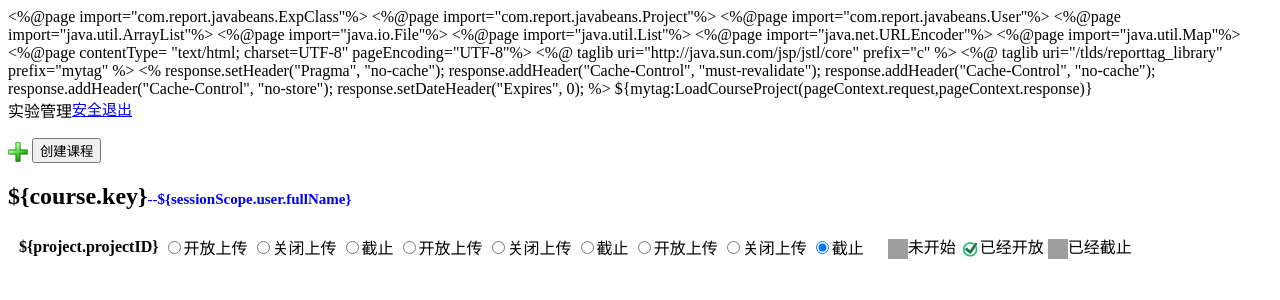
Repository: IAmJiangWenHao/ReportServer
Page: web/demo.html
An editor plug-in stored every save of this project. The page is shown before and after the next save, followed by the edit.
The browser window is 1280 px wide. The pictures show the whole page.
Pictures or frames that could not be fetched are drawn as grey boxes.

Above is the page before, as saved 2023-05-18 16:14:38.

### web/demo.html
<%@page import="com.report.javabeans.ExpClass"%>
<%@page import="com.report.javabeans.Project"%>
<%@page import="com.report.javabeans.User"%>
<%@page import="java.util.ArrayList"%>
<%@page import="java.io.File"%>
<%@page import="java.util.List"%>
<%@page import="java.net.URLEncoder"%>
<%@page import="java.util.Map"%>
<%@page contentType= "text/html; charset=UTF-8" pageEncoding="UTF-8"%>

<%@ taglib uri="http://java.sun.com/jsp/jstl/core" prefix="c" %>
<%@ taglib uri="/tlds/reporttag_library" prefix="mytag" %>
<!--script type="text/javascript" src="${pageContext.request.contextPath}/script/scriptV1.js?v=1.0"></script-->
<!DOCTYPE html>
<html>
  <%
    response.setHeader("Pragma", "no-cache");
    response.addHeader("Cache-Control", "must-revalidate");
    response.addHeader("Cache-Control", "no-cache");
    response.addHeader("Cache-Control", "no-store");
    response.setDateHeader("Expires", 0);
  %>
  <head>
    <meta http-equiv="Content-Type" content="text/html; charset=UTF-8">
    <title>实验上传系统 </title>
  </head>
  <body>
    ${mytag:LoadCourseProject(pageContext.request,pageContext.response)}
    <script>
      window.onload = function () {//Ajax实现更新项目状态
        var ratios = document.getElementsByTagName("input");//获取所有input（本页面的input只有单选按钮）
        var map = new Map();//记录单选按钮旧值
        for (var i = 0; i < ratios.length; i++) {
          map.set((i + 1).toString(), ratios[i].checked);
          //oninput事件在input的值发生改变时触发，这里监听单选按钮值得改变
          ratios[i].oninput = function () {
            var r = false;
            if (this.value === "deadline") {//是否选择截止
              //是否确认修改
              r = confirm("截止后不可再设置，确定截止？");
            }
            //取消截止
            if (this.value === "deadline" && r === false) {
              var list = document.getElementsByName(this.name);
              for (var j = 0; j < list.length; j++)
                list[j].checked = map.get(list[j].id);
              return;
            }
            ratioName = this.name;
            //确定截止，不允许再更改状态
            if (this.value === "deadline") {
              var list = document.getElementsByName(this.name);
              for (var j = 0; j < list.length; j++)
              {
                list[j].disabled = "disable";
                map.set(list[j].id, list[j].checked);
              }
            } else {
              var list = document.getElementsByName(this.name);
              for (var j = 0; j < list.length; j++)
                map.set(list[j].id, false);
              map.set(this.id, this.checked);
            }
            var formData = new FormData();//FormData 对象
            var course = ratioName.substr(0, ratioName.indexOf("-"));
            var project = ratioName.substr(ratioName.indexOf("-") + 1, ratioName.length - 1);
            //添加KV
            formData.append("project", project);//项目
            formData.append("course", course); //课程名
            formData.append("status", this.value);//状态
            var cell = document.getElementById(this.name);
            //显示实验项目状态提示信息
            cell.innerHTML = "&nbsp;&nbsp;&nbsp;&nbsp;&nbsp;";
            if (this.value === "open")
              cell.innerHTML += "<img style=\"vertical-align: middle;height:20px;width:20px\" src=\"./img/check.jpg\"/>已经开放";
            if (this.value === "close")
              cell.innerHTML += "<img style=\"vertical-align: middle;height:20px;width:20px\" src=\"./img/undone.png\"/>未开始";
            if (this.value === "deadline")
              cell.innerHTML += "<img style=\"vertical-align: middle;height:20px;width:20px\" src=\"./img/deadline.jpg\"/>已截止";
            //1.创建请求对象
            const xhr = new XMLHttpRequest();
            //2.设置请求行，这里用post(get请求数据写在url后面)
            //updateProject.do实现后端更新
            xhr.open("post", getAppPath() + "/updateProject.do");
            //3.设置请求头(get请求可以省略,post不发送数据也可以省略)
            //xhr.setRequestHeader("Content-type","application/x-www-form-urlencoded");
            // 用formData可以不写请求头，写了无法正常上传文件
            //4.请求主体发送(get请求为空，或者写null，post请求数据写在这里，
            //如果没有数据，直接为空或者写null)
            xhr.send(formData);
            //注册回调函数
            xhr.onload = function ()
            {
              if (xhr.readyState === 4)
              {
                if (xhr.status >= 200 && xhr.status <= 300)
                { //判断响应码 2XX 表示成功
                  console.log(xhr.response.toString());
                } else
                  console.log("响应码：" + xhr.status); //状态码
              } else
                console.log(xhr.readyState);
              ;
            };
          };
        }
        ;
      };
    </script>
    <script>
      function getAppPath() {
        //获取当前URL
        var curURL = window.document.location.href;
        //获取主机地址之后的路径部分（就是文件地址）
        var pathName = window.document.location.pathname;
        var pos = curURL.indexOf(pathName);
        //获取应用地址
        var host = curURL.substring(0, pos);
        //获取带"/"的应用名，如：/***
        var webAppName = pathName.substring(0, pathName.substr(1).indexOf('/') + 1);
        return host + webAppName;
      }
    </script>
    <script>
      var isIE = /msie/i.test(navigator.userAgent) && !window.opera;
      function fileChange(target, type) {
        var fileSize = 0;
        var filepath = target.value;
        var filemaxsize = 1024 * 5;//5M
        var flag = -1;
        if (filepath) {
          var fileend = filepath.substring(filepath.lastIndexOf("."));
          // alert(fileend);
          if (type && type.length > 0) {
            //alert(fileend.indexOf(type));
            if (fileend !== ".xlsx") {
              alert("只接受xlsx类型的文件！");
              target.value = "";
              return false;
            }
          }
        } else {
          return false;
        }
        if (isIE && !target.files) {
          var filePath = target.value;
          var fileSystem = new ActiveXObject("Scripting.FileSystemObject");
          if (!fileSystem.FileExists(filePath)) {
            alert("附件不存在，请重新输入！");
            return false;
          }
          var file = fileSystem.GetFile(filePath);
          fileSize = file.Size;
        } else {
          fileSize = target.files[0].size;
        }

        var size = fileSize / 1024;
        if (size > filemaxsize) {
          alert("附件大小不能大于" + filemaxsize / 1024 + "M！");
          target.value = "";
          return false;
        }
        if (size <= 0) {
          alert("附件大小不能为0M！");
          target.value = "";
          return false;
        }
      }
      function Check()
      {
        for (var i = 0; i < document.form1.elements.length - 1; i++)
        {
          if (document.form1.elements[i].value === "")
          {
            alert("不可空！");
            document.form1.elements[i].focus();
            return false;
          }
        }
        return true;
      }
      function cls() {
        var createCell = document.getElementById("createCourse");
        createCell.innerHTML = "";
      }

      function createCourse() {
        var createCell = document.getElementById("createCourse");
        createCell.innerHTML = "<form action=\"../uploadCourseServlet\" enctype=\"multipart/form-data\" method=\"post\" name=\"form1\" onSubmit=\"return Check()\"><table></tr><tr> <td>建课模板：</td><td><a href=\"实验课模板.xlsx\">下载</a></td></tr><tr><td>课程名：</td><td><input style=\" font-size:16px\" type=\"text\" name=\"courseName\" size=\"20\"/>(例：程序设计实验)</td></tr><tr><td>班级：</td><td><input style=\" font-size:16px\" type=\"text\" name=\"className\" size=\"20\"/>(例:信安201)</td></tr><tr> <td>文件：</td><td><input style=\" font-size:16px\" type=\"file\" name=\"file\" size=\"40\" id=\"fup\" onchange=\'fileChange(this,\".xlsx\");\'/></td><tr><td style=\"height:50px;\" align=\"right\" ><input style=\" font-size:16px\" type=\"submit\" value=\"提交\" size='30'/> </td><td align=\"left\"><input style=\" font-size:16px\" type=\"button\" value=\"关闭\" size='30' onclick=\"cls()\"/> </td></tr></table></form>";
      }
    </script>
    <div >
        <div style="display: flex;">
            <font color="black" > 实验管理</font>
            <font style="font-size:15px;color:red"><a href="../exit">安全退出</a></font>

        </div>
      <p>
        <img style="vertical-align: middle;height:20px" alt="" width="20" src="./img/new.jpg"/>
        <input type="button" value="创建课程" onclick="createCourse()">
      <div id="createCourse">

      </div>
    </p>

    <c:forEach var="course" items="${sessionScope.courseData}" varStatus="statusCourse">
      <h2> ${course.key}<font style="font-size:15px;color:blue">--${sessionScope.user.fullName}</font></h2><p>
      <table>
        <c:forEach var="project" items="${course.value}" varStatus="statusProject">
          <tr style=" height: 30px;border: 1px">
            <td>&nbsp;&nbsp;<b>${project.projectID}</b></td>
            <td><!-- 3.一组单选按钮 radio（同name），只能选一个
                     request.getParameter("***")-->
              <c:if test="${project.state==0}">
                <input type="radio" id="${"course".concat(statusCourse.count).concat(statusProject.count).concat(1)}"  name="${course.key.concat("-").concat(project.projectID)}" value="open">开放上传
                <input type="radio" id="${"course".concat(statusCourse.count).concat(statusProject.count).concat(1)}"  name="${course.key.concat("-").concat(project.projectID)}" value="close" checked="true">关闭上传
                <input type="radio" id="${"course".concat(statusCourse.count).concat(statusProject.count).concat(1)}"  name="${course.key.concat("-").concat(project.projectID)}" value="deadline">截止
              </c:if>
              <c:if test="${project.state==1}">
                <input type="radio" id="${"course".concat(statusCourse.count).concat(statusProject.count).concat(1)}"  name="${course.key.concat("-").concat(project.projectID)}" value="open" checked="true">开放上传
                <input type="radio" id="${"course".concat(statusCourse.count).concat(statusProject.count).concat(1)}"  name="${course.key.concat("-").concat(project.projectID)}" value="close" >关闭上传
                <input type="radio" id="${"course".concat(statusCourse.count).concat(statusProject.count).concat(1)}"  name="${course.key.concat("-").concat(project.projectID)}" value="deadline">截止
              </c:if>
              <c:if test="${project.state==2}">
                <input type="radio" id="${"course".concat(statusCourse.count).concat(statusProject.count).concat(1)}"  name="${course.key.concat("-").concat(project.projectID)}" value="open">开放上传
                <input type="radio" id="${"course".concat(statusCourse.count).concat(statusProject.count).concat(1)}"  name="${course.key.concat("-").concat(project.projectID)}" value="close" >关闭上传
                <input type="radio" id="${"course".concat(statusCourse.count).concat(statusProject.count).concat(1)}"  name="${course.key.concat("-").concat(project.projectID)}" value="deadline" checked="true">截止
              </c:if>
            </td>
            <td id="${course.key.concat("-").concat(project.projectID)}">&nbsp;&nbsp;&nbsp;&nbsp;
              <c:if test="${project.state==0}" >
                <img style="vertical-align: middle;height:20px;width:20px" alt="" src="../img/undone.jpg"/>未开始
              </c:if>
              <c:if test="${project.state==1}" >
                <img style="vertical-align: middle;height:20px;width:20px" alt="" src="../img/check.jpg"/>已经开放
              </c:if>
              <c:if test="${project.state==2}" >
                <img style="vertical-align: middle;height:20px;width:20px" alt="" src="../img/deadline.png"/>已经截止
              </c:if>
            </td>
          </tr>
        </c:forEach>
      </table>
    </c:forEach>
  </div>
</body>
</html>

After the next save:
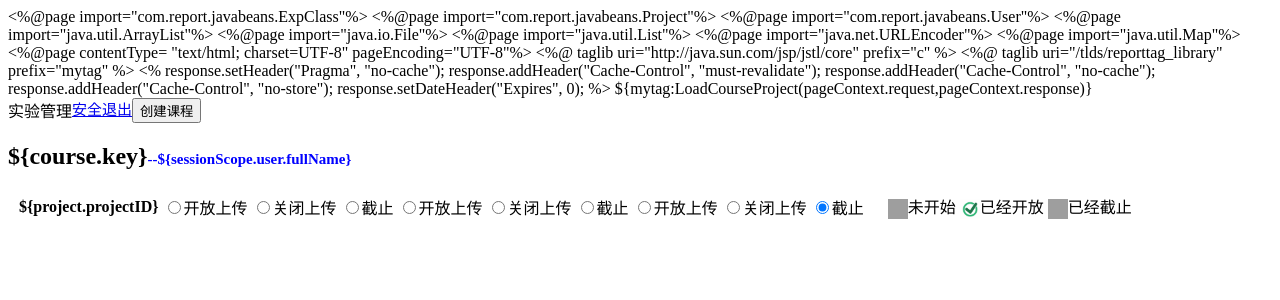
Saved 30 s later.
--- a/web/demo.html
+++ b/web/demo.html
@@ -194,15 +194,14 @@
         <div style="display: flex;">
             <font color="black" > 实验管理</font>
             <font style="font-size:15px;color:red"><a href="../exit">安全退出</a></font>
+            <input type="button" value="创建课程" onclick="createCourse()">
 
         </div>
-      <p>
-        <img style="vertical-align: middle;height:20px" alt="" width="20" src="./img/new.jpg"/>
-        <input type="button" value="创建课程" onclick="createCourse()">
+
       <div id="createCourse">
 
       </div>
-    </p>
+
 
     <c:forEach var="course" items="${sessionScope.courseData}" varStatus="statusCourse">
       <h2> ${course.key}<font style="font-size:15px;color:blue">--${sessionScope.user.fullName}</font></h2><p>
